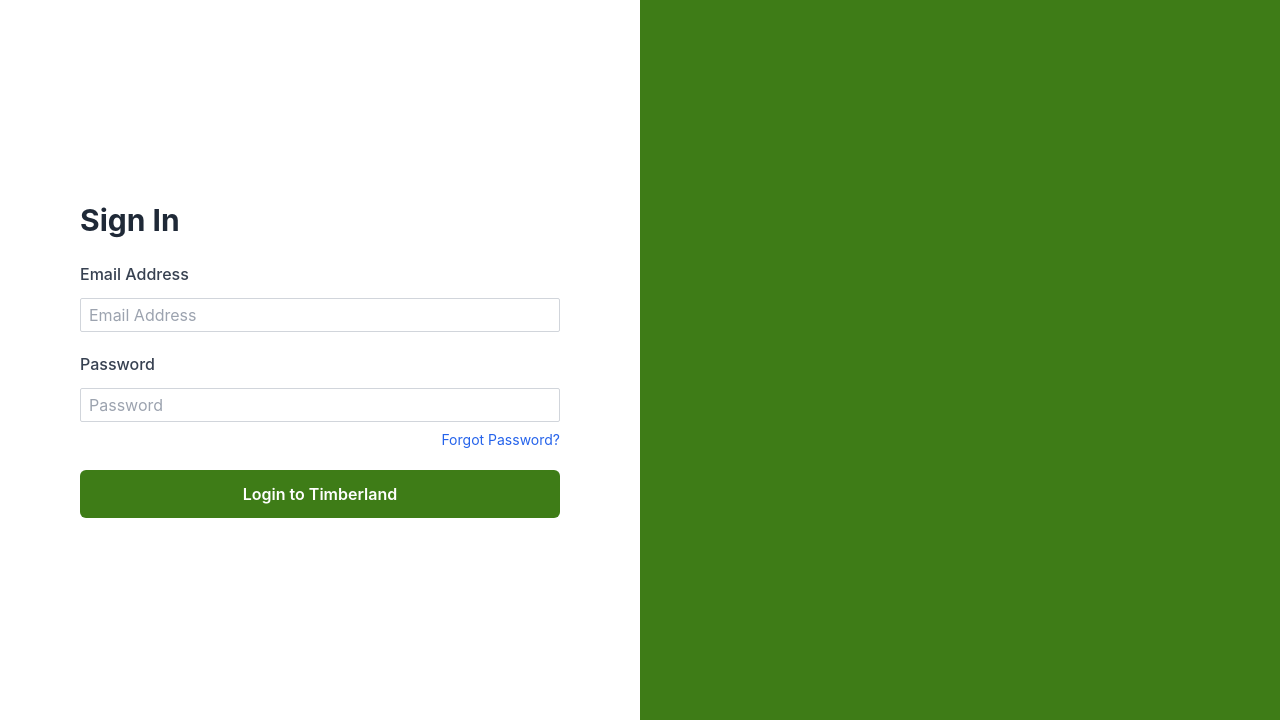
Repository: issah-gaisie/timber
Page: /
The author's editor kept a copy of each file at every save. The page is drawn from the files as they stood at one save, then again after the next save.
The browser window is 1280 px wide. The pictures show the whole page.
The project was rebuilt for these pictures with package versions that can differ from the ones it lists, and the page was loaded fresh each time. Also part of the build but not shown: src/App.css, src/components/Signup.js, src/components/Signup/PersonalDetails.js, src/components/Signup/AddressInfo.js, src/components/Signup/ImageFiles.js, src/components/Signup/PasswordSent.js, src/components/PasswordReset.js.

Above is the page before, as saved 2022-03-07 07:37:59.

### src/App.js
import logo from "./logo.svg";
import "./App.css";
import { Navigate, Route, Routes } from "react-router-dom";
import Login from "./components/Login";
import Signup from "./components/Signup";
import Auth from "./components/Auth";
import { Toaster } from "react-hot-toast";
// signup step routes
import PersonalDetails from "./components/Signup/PersonalDetails";
import AddressInfo from "./components/Signup/AddressInfo";
import ImageFiles from "./components/Signup/ImageFiles";
import PasswordSent from "./components/Signup/PasswordSent";
import PasswordReset from "./components/PasswordReset";
function App() {
  return (
    <>
      <Routes>
        <Route path="/" element={<Auth />}>
          <Route path="" element={<Navigate replace to="login" />} />
          <Route path="login" element={<Login />} />
          <Route path="password-reset" element={<PasswordReset />} />
          <Route path="signup" element={<Signup />}>
            <Route
              path=""
              element={<Navigate replace to="personal-details" />}
            />
            <Route path="personal-details" element={<PersonalDetails />} />
            <Route path="address" element={<AddressInfo />} />
            <Route path="image" element={<ImageFiles />} />
          </Route>
        </Route>
        <Route path="password-sent" element={<PasswordSent />} />
      </Routes>
      <Toaster />
    </>
  );
}

export default App;

### src/components/Login.js
import React from "react";
import Input from "./Input";
import toast from "react-hot-toast";
import { Link } from "react-router-dom";
const Login = () => {
  const handleSubmit = (e) => {
    e.preventDefault();
    // dummy login promise
    const loginPromise = new Promise((resolve, reject) =>
      setTimeout(
        () =>
          resolve({
            message: "Logged In Successfully",
            status: 200,
            data: [],
          }),
        1000
      )
    );
    // handles the toast loader for the login process
    toast.promise(loginPromise, {
      loading: "Logging In",
      success: "Logged In Successfully",
      error: "Error Login failed",
    });
  };
  return (
    <form
      className="w-full  md:w-[30rem] flex flex-col space-y-5"
      onSubmit={handleSubmit}
    >
      <label className="block">
        <span className="block text-md font-medium text-gray-700 mb-3">
          Email Address
        </span>
        <Input placeholder="Email Address" type="email" />
      </label>
      <label className="block flex flex-col">
        <span className="block text-md font-medium text-gray-700 mb-3">
          Password
        </span>
        <Input placeholder="Password" type="password" />
        <Link to="/password-reset" className="self-end text-sm text-blue-600 hover:underline mt-2 ">Forgot Password?</Link>
      </label>
      <button
        type="submit"
        className="w-full bg-[#3e7c17] hover:bg-[#356C14] text-white font-semibold py-2 lg:py-3 my-3 rounded rounded-md"
      >
        Login to Timberland
      </button>
    </form>
  );
};

export default Login;

### src/components/Auth.js
import React, { useMemo } from "react";
import { Link, Outlet, useLocation } from "react-router-dom";

const Auth = () => {
  const { pathname } = useLocation();
  // checking if the current location is login
  // const isLogin = useMemo(() => pathname === "/login", [pathname]);
  return (
    <div className="h-screen w-screen flex relative">
      {/* the header will come later */}

      {/* first inner div */}

      <div className="h-full flex-1 flex flex-col justify-center items-center p-6 lg:p-0 ">
        <h1 className="font-bold text-left w-full md:w-[30rem] text-gray-800 text-2xl md:text-3xl mb-6">
          Sign In
        </h1>
        <Outlet />
      </div>

      {/* second inner div */}
      <div className="hidden md:block flex-1 bg-[#3e7c17] "></div>
    </div>
  );
};

export default Auth;

// old sign up reroute
/* <div className="my-3">
          {isLogin ? (
            <span className="text-gray-700">
              Don't have an Account?{" "}
              <Link to="/signup" className="text-indigo-700">
                Sign Up
              </Link>
            </span>
          ) : (
            <span>
              Already have an Account?{" "}
              <Link to="/login" className="text-indigo-700">
                Login
              </Link>
            </span>
          )}
 </div> */

### src/components/Input.js
import React from "react";

const Input = (props) => {
  return (
    <input
      className="w-full rounded rounded-sm border border-gray-300 py-1 px-2 outline-none "
      {...props}
    />
  );
};

export default Input;

Loaded but not shown: public/index.html (common file); src/index.js (common file); src/index.css (common file); src/reportWebVitals.js (common file); tailwind.config.js (common file)

After the next save:
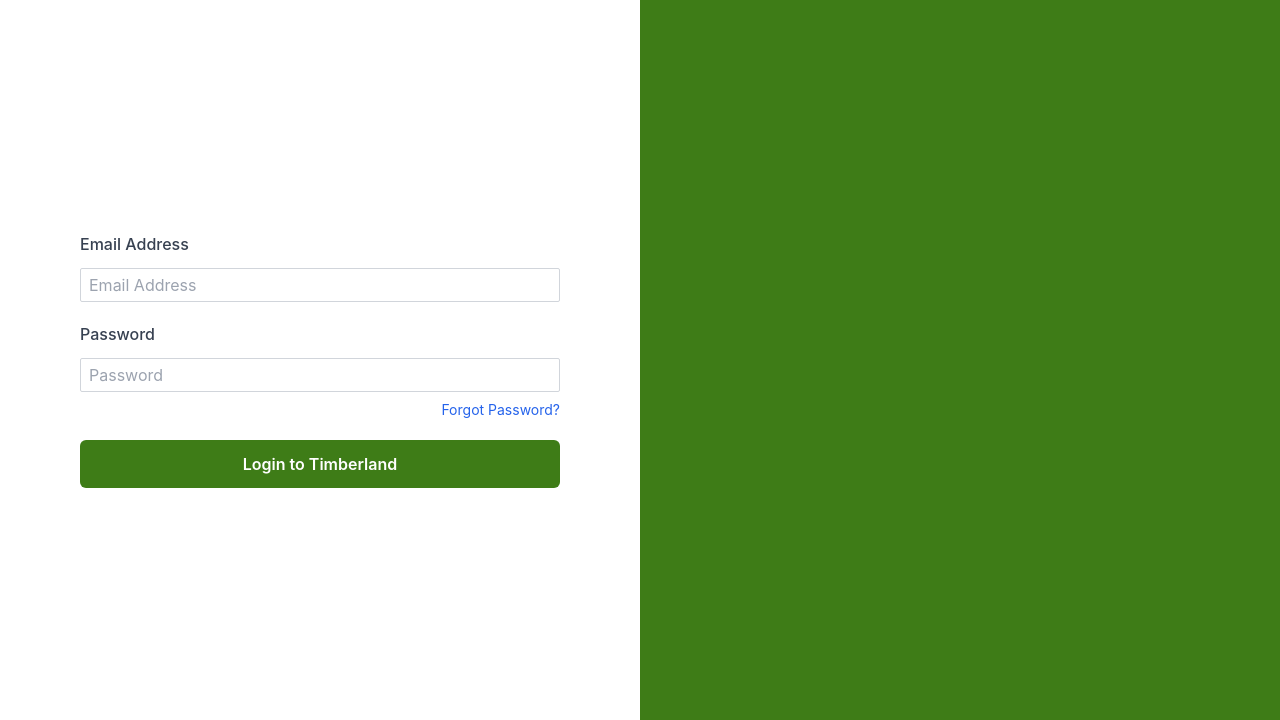
Saved 43 s later.
--- a/src/components/Auth.js
+++ b/src/components/Auth.js
@@ -12,9 +12,7 @@
       {/* first inner div */}
 
       <div className="h-full flex-1 flex flex-col justify-center items-center p-6 lg:p-0 ">
-        <h1 className="font-bold text-left w-full md:w-[30rem] text-gray-800 text-2xl md:text-3xl mb-6">
-          Sign In
-        </h1>
+
         <Outlet />
       </div>
 
